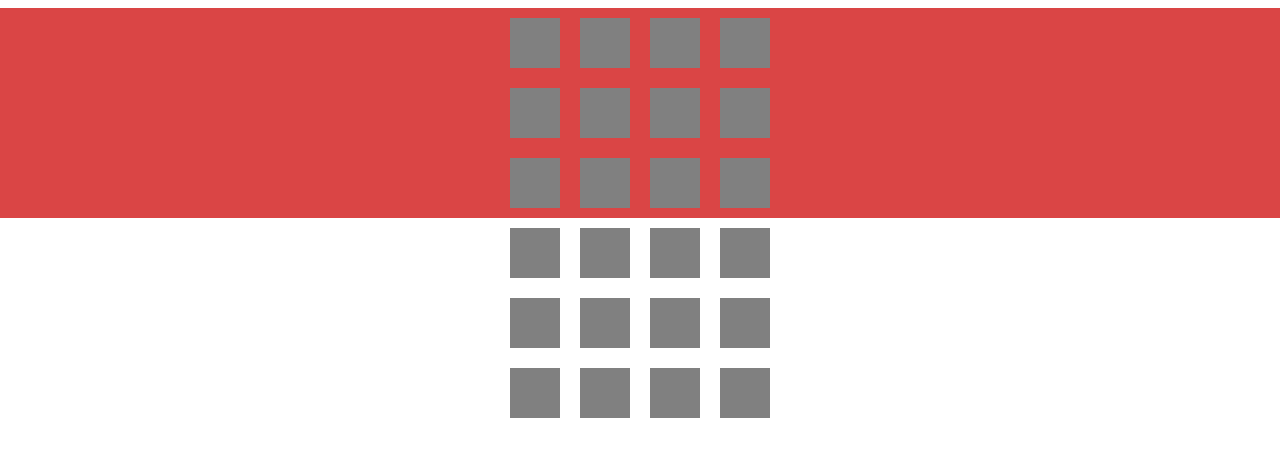
Repository: batonAnton/Hw-Lec-8
Page: index.html
The author's editor kept a copy of each file at every save. The page is drawn from the files as they stood at one save, then again after the next save.
The browser window is 1280 px wide. The pictures show the whole page.

Above is the page before, as saved 2022-06-24 11:42:02.

After the next save:
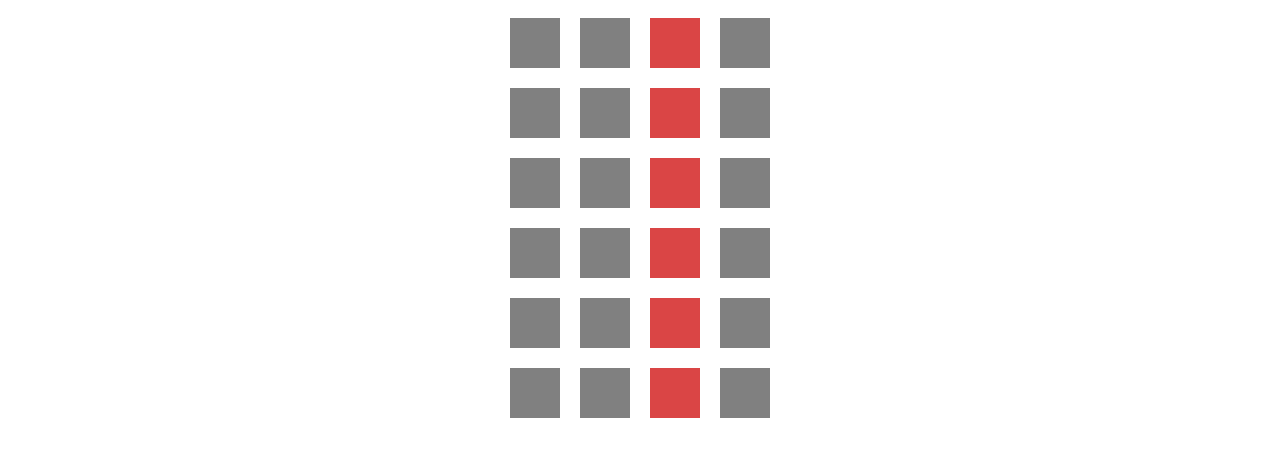
Saved 8 min 13 s later.
--- a/css/style.css
+++ b/css/style.css
@@ -17,6 +17,10 @@
     margin: 10px;
 }
 
-.row:nth-child(1), .row:nth-child(2), .row:nth-child(3){
+ .block:nth-child(3){
     background-color: rgb(218, 69, 69);
 }
+
+.row-lst:nth-child(6){
+    background-color: rgb(40, 40, 207);
+}
